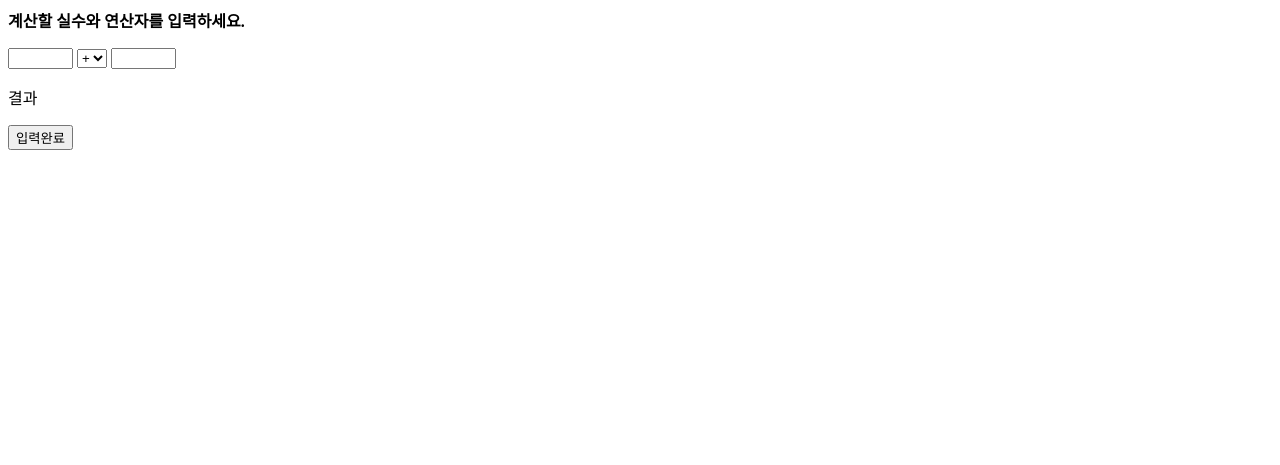
Repository: suhyun6363/JSP
Page: http://localhost/SecondProject/calFormHome.jsp
The author's editor kept a copy of each file at every save. The page is drawn from the files as they stood at one save, then again after the next save.
The browser window is 1280 px wide. The pictures show the whole page.
The page is served by Tomcat 9.

Above is the page before, as saved 2023-04-29 08:05:23.

### SecondProject/WebContent/calFormHome.jsp
<%@ page language="java" contentType="text/html; charset=UTF-8"
    pageEncoding="UTF-8"%>
<!DOCTYPE html>
<html>
<head>
<meta name="viewport" content="width=device-width,initial-scale=1.0"/>
<meta charset="UTF-8">
<title>계산기</title>
<script src="js/jquery-3.6.4.min.js"></script>
<script>
$(document).ready(function() {
	  $("#b1").click(function() {
		  $.ajax({
			   type: "post",
			   url: "calProHome.jsp",
			   data: {name:$("#t1").val(), sid:$("#t2").val()},
			   success: function(data) {
				 $("#result").html(data);
				 alert("로드성공");
			   },
			   error: function() {
				 alert("로드실패");
			   }
	  	  });
	  });
});
</script>
</head>
<body>
<b>계산할 실수와 연산자를 입력하세요.</b><p>
<input type="text" id="t1" size=5>
<select name="operator">
		       <option selected value="+">+ </option>
		       <option value="-">- </option>
		       <option value="*">* </option>
		       <option value="/">/ </option>
</select>
<input type="text" id="t2" size=5><p>
<div>결과</div><p>
<button id="b1">입력완료</button>
</body>
</html>

Loaded but not shown: SecondProject/WebContent/js/jquery-3.6.4.min.js (library)

After the next save:
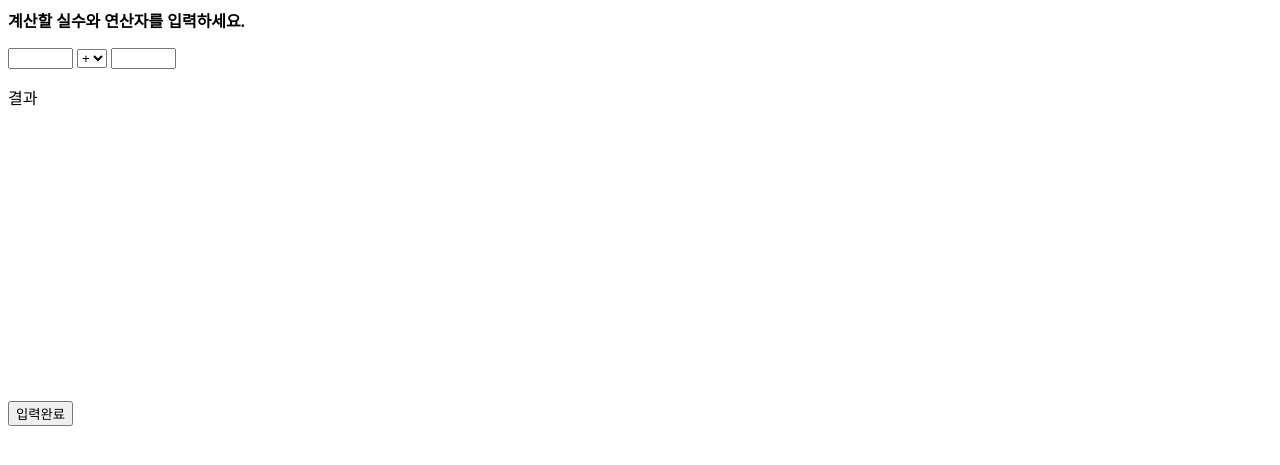
Saved 88 s later.
--- a/SecondProject/WebContent/calFormHome.jsp
+++ b/SecondProject/WebContent/calFormHome.jsp
@@ -6,6 +6,13 @@
 <meta name="viewport" content="width=device-width,initial-scale=1.0"/>
 <meta charset="UTF-8">
 <title>계산기</title>
+<style type="text/css">
+  div#result {
+    width : 300px;
+    height : 300px;
+  }
+</style>
+
 <script src="js/jquery-3.6.4.min.js"></script>
 <script>
 $(document).ready(function() {
@@ -36,7 +43,7 @@ $(document).ready(function() {
 		       <option value="/">/ </option>
 </select>
 <input type="text" id="t2" size=5><p>
-<div>결과</div><p>
+<div id="result">결과</div><p>
 <button id="b1">입력완료</button>
 </body>
 </html>
